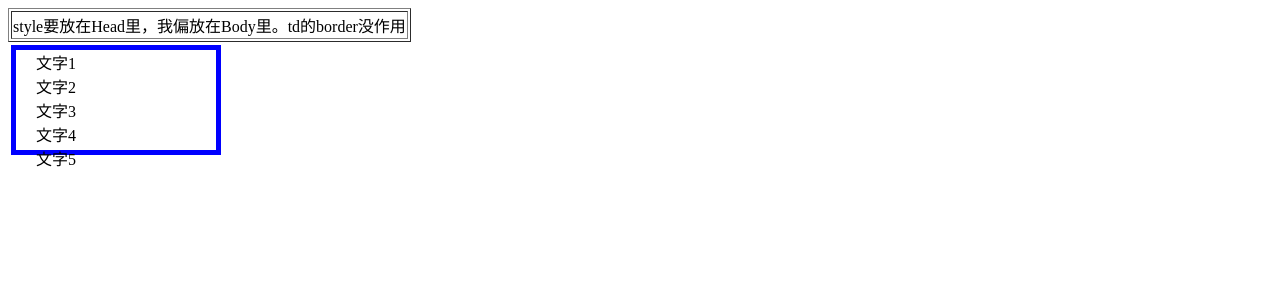
Repository: bookFireFly/bookFireFly
Page: HtmlAndCSS/使用CSS2对页面中的文字添加彩色边框P34.html
The author's editor kept a copy of each file at every save. The page is drawn from the files as they stood at one save, then again after the next save.
The browser window is 1280 px wide. The pictures show the whole page.

Above is the page before, as saved 2017-10-18 05:20:23.

After the next save:
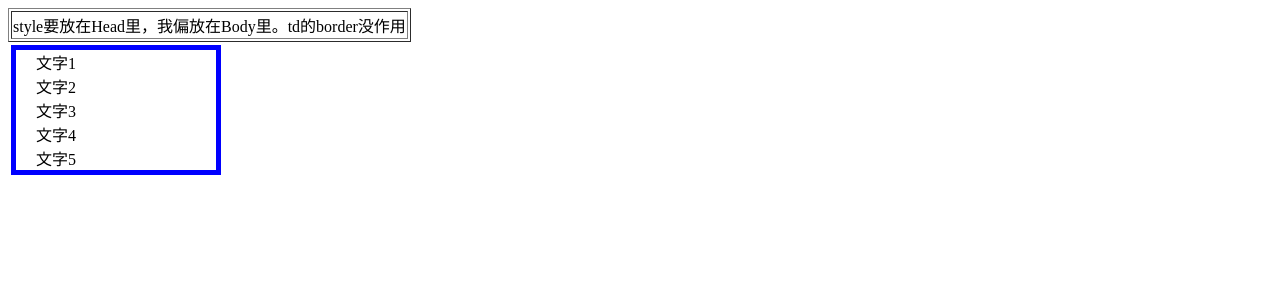
Saved 40 s later.
--- a/HtmlAndCSS/使用CSS2对页面中的文字添加彩色边框P34.html
+++ b/HtmlAndCSS/使用CSS2对页面中的文字添加彩色边框P34.html
@@ -18,7 +18,7 @@ padding-left: 20px;
 border-width:5px;
 border-color: blue;
 border-style: solid;
-height:100px;
+height:120px;
 }
 </style>
 <div id="myboarder">
